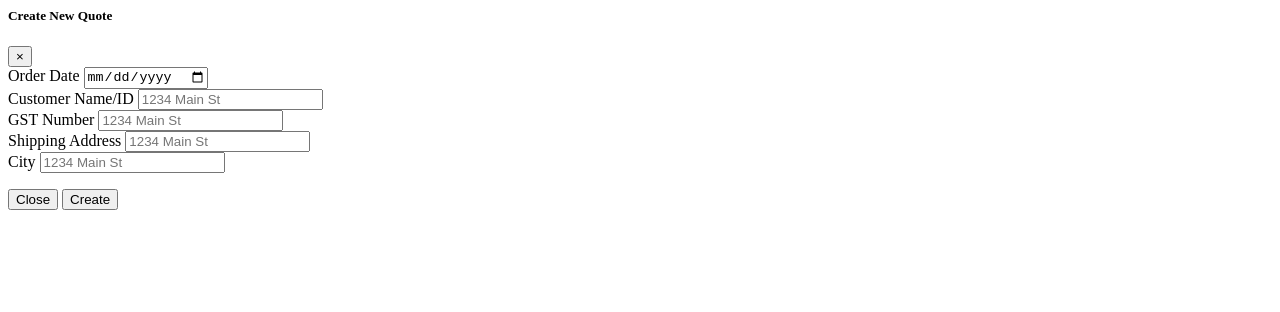
Repository: hrishibhattu/CodeFury-Internal-2
Page: ToYoDo/WebContent/WEB-INF/modal/quote.html
These files come from the project's save history. The page is drawn as it stood at one moment and after the next save; the edit follows.
The browser window is 1280 px wide. The pictures show the whole page.

Above is the page before, as saved 2021-09-19 06:31:01.

### ToYoDo/WebContent/WEB-INF/modal/quote.html
<!-- modal for creating new quote -->
<div class="modal fade" id="exampleModalCenter" tabindex="-1"
	role="dialog" aria-labelledby="exampleModalCenterTitle"
	aria-hidden="true">
	<div class="modal-dialog modal-dialog-centered modal-lg" role="document">
		<div class="modal-content">
			<div class="modal-header">
				<h5 class="modal-title" id="exampleModalLongTitle">Create New
					Quote</h5>
				<button type="button" class="close" data-dismiss="modal"
					aria-label="Close">
					<span aria-hidden="true">&times;</span>
				</button>
			</div>
			<div class="modal-body">

				<form>
					<div class="form-row">
						<div class="form-group col-md-4">
							<label for="orderdate">Order Date</label> <input type="date"
								class="form-control" id="inputEmail4">
						</div>
						<div class="form-group col-md-4">
							<label for="customerNameID">Customer Name/ID</label> <input type="text"
							class="form-control" id="inputAddress" placeholder="1234 Main St">
						</div>
						<div class="form-group col-md-4">
							<label for="customerNameID">GST Number</label> <input type="text"
							class="form-control" id="inputAddress" placeholder="1234 Main St">
						</div>
					</div>
					<div class="form-row">
						<div class="form-group col-md-6">
							<label for="customerNameID">Shipping Address</label> <input type="text"
							class="form-control" id="inputAddress" placeholder="1234 Main St">
						</div>
						<div class="form-group col-md-6">
							<label for="customerNameID">City</label> <input type="text"
							class="form-control" id="inputAddress" placeholder="1234 Main St">
						</div>
					</div>


				</form>

			</div>
			<div class="modal-footer">
				<button type="button" class="btn btn-secondary" data-dismiss="modal">Close</button>
				<button type="button" class="btn btn-primary">Create</button>
			</div>
		</div>
	</div>
</div>

After the next save:
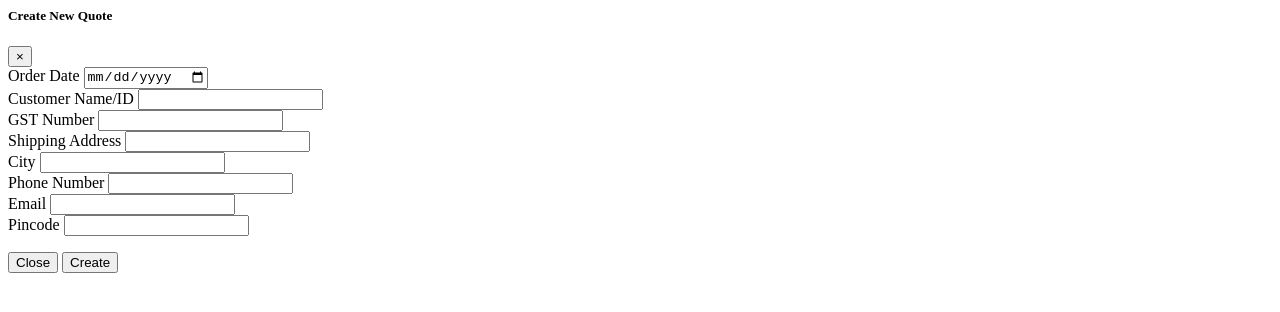
Saved 3 min 33 s later.
--- a/ToYoDo/WebContent/WEB-INF/modal/quote.html
+++ b/ToYoDo/WebContent/WEB-INF/modal/quote.html
@@ -22,24 +22,37 @@
 						</div>
 						<div class="form-group col-md-4">
 							<label for="customerNameID">Customer Name/ID</label> <input type="text"
-							class="form-control" id="inputAddress" placeholder="1234 Main St">
+							class="form-control" id="inputAddress">
 						</div>
 						<div class="form-group col-md-4">
-							<label for="customerNameID">GST Number</label> <input type="text"
-							class="form-control" id="inputAddress" placeholder="1234 Main St">
+							<label for="gstNo">GST Number</label> <input type="text"
+							class="form-control" id="inputAddress">
 						</div>
 					</div>
 					<div class="form-row">
 						<div class="form-group col-md-6">
-							<label for="customerNameID">Shipping Address</label> <input type="text"
-							class="form-control" id="inputAddress" placeholder="1234 Main St">
+							<label for="shippingAddress">Shipping Address</label> <input type="text"
+							class="form-control" id="inputAddress">
 						</div>
 						<div class="form-group col-md-6">
-							<label for="customerNameID">City</label> <input type="text"
-							class="form-control" id="inputAddress" placeholder="1234 Main St">
+							<label for="city">City</label> <input type="text"
+							class="form-control" id="city">
 						</div>
 					</div>
-
+					<div class="form-row">
+						<div class="form-group col-md-4">
+							<label for="phone">Phone Number</label> <input type="number"
+							class="form-control" id="phone">
+						</div>
+						<div class="form-group col-md-4">
+							<label for="email">Email</label> <input type="email"
+							class="form-control" id="email">
+						</div>
+						<div class="form-group col-md-4">
+							<label for="pincode">Pincode</label> <input type="number"
+							class="form-control" id="pincode">
+						</div>
+					</div>
 
 				</form>
 
